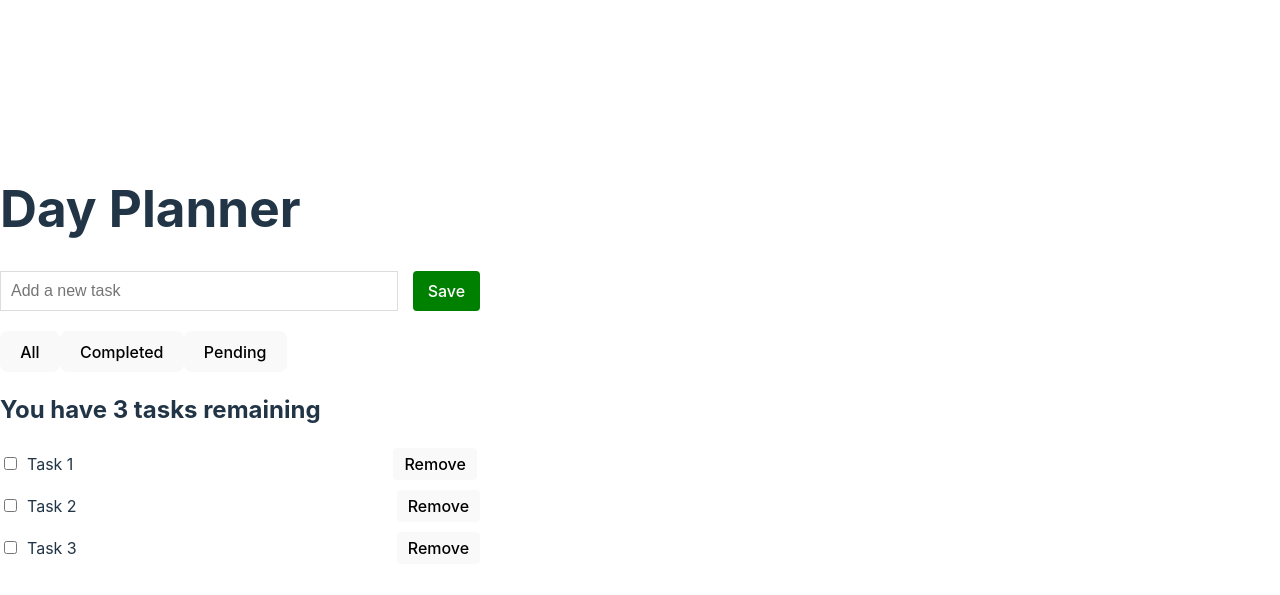
Repository: GavinPahal/Lab7
Page: /
These files come from the project's save history. The page is drawn as it stood at one moment and after the next save; the edit follows.
The browser window is 1280 px wide. The pictures show the whole page.
The project was rebuilt for these pictures with package versions that can differ from the ones it lists, and the page was loaded fresh each time. Also part of the build but not shown: vite.config.js.

Above is the page before, as saved 2024-10-28 14:30:24.

### src/App.jsx
import React, { useState } from 'react';
import Task from './components/Task';
import TaskForm from './components/TaskForm';
import './App.css';

function App() {
  const [tasks, setTasks] = useState([
    { text: 'Task 1', isCompleted: false },
    { text: 'Task 2', isCompleted: false },
    { text: 'Task 3', isCompleted: false },
  ]);
  const [filter, setFilter] = useState('all'); // Filter state

  const addTask = (task) => setTasks([...tasks, { text: task, isCompleted: false }]);

  const toggleTask = (index) => {
    setTasks(prevTasks =>
      prevTasks.map((task, i) => (i === index ? { ...task, isCompleted: !task.isCompleted } : task))
    );
  };

  const deleteTask = (index) => setTasks(tasks.filter((_, i) => i !== index));

  // Filter tasks based on selection
  const filteredTasks = tasks.filter(task => {
    if (filter === 'pending') return !task.isCompleted;
    if (filter === 'completed') return task.isCompleted;
    return true; // All tasks
  });

  const pendingTasksCount = tasks.filter(task => !task.isCompleted).length;

  return (
    <div className="app">
      <h1>Day Planner</h1>
      <TaskForm addTask={addTask} />

      {/* Filter buttons with Completed in the middle */}
      <div className="filter-buttons">
        <button onClick={() => setFilter('all')}>All</button>
        <button onClick={() => setFilter('completed')}>Completed</button>
        <button onClick={() => setFilter('pending')}>Pending</button>
      </div>

      {/* Task count for All and Pending views */}
      {(filter === 'all' || filter === 'pending') && (
        <h2>You have {pendingTasksCount} tasks remaining</h2>
      )}

      {/* Task list display based on filter */}
      <div className="task-list">
        {filteredTasks.map((task, index) => (
          <Task
            key={index}
            index={index}
            task={task}
            toggleTask={toggleTask}
            deleteTask={deleteTask}
          />
        ))}
      </div>
    </div>
  );
}

export default App;

### src/components/Task.jsx
import React from 'react';

function Task({ task, index, toggleTask, deleteTask }) {
  return (
    <div className={`task ${task.isCompleted ? 'completed' : ''}`}>
      <input
        type="checkbox"
        checked={task.isCompleted}
        onChange={() => toggleTask(index)}
        disabled={task.isCompleted}
      />
      <span className="task-text">{task.text}</span>
      <button className="remove-button" onClick={() => deleteTask(index)}>Remove</button>
    </div>
  );
}

export default Task;

### src/components/TaskForm.jsx
import React, { useState } from 'react';

function TaskForm({ addTask }) {
  const [value, setValue] = useState('');

  const handleSubmit = (e) => {
    e.preventDefault();
    if (!value) return;
    addTask(value);
    setValue('');
  };

  return (
    <form onSubmit={handleSubmit} className="task-form">
      <input
        type="text"
        value={value}
        onChange={(e) => setValue(e.target.value)}
        placeholder="Add a new task"
      />
      <button type="submit">Save</button>  {/* Save button */}
    </form>
  );
}

export default TaskForm;

### src/App.css
/* Task Form Styling */
.task-form {
  display: flex; /* Align elements horizontally */
  align-content: space-between;
  align-items: center; /* Center items vertically */
  margin-bottom: 20px; /* Space below the form */
}

.task-form input[type="text"] {
  flex: 1; /* Expand input to take available space */
  align-content: space-between;
  padding: 10px; /* Padding for better usability */
  margin-right: 15px; /* Space between input and button */
  border: 1px solid #ddd; /* Light border for input */
  font-size: 16px; /* Increased font size for readability */
}

.task-form button {
  padding: 10px 15px; /* Button dimensions */
  background-color: green; /* Green background */
  color: white; /* White text for contrast */
  border: none; /* Remove default button border */
  cursor: pointer; /* Pointer cursor on hover */
  border-radius: 4px; /* Rounded corners */
  font-size: 16px; /* Font size matching input */
}

.task {
  display: flex; /* Use flexbox for alignment */
  align-items: center; /* Center items vertically */
  margin-bottom: 10px; /* Space between tasks */
}

.task input[type="checkbox"] {
  margin-right: 10px; /* Space between checkbox and task text */
}

.task-text {
  margin-right: 20rem; /* Space between task text and remove button */
}

.remove-button {
  padding: 5px 10px; /* Padding for the button */
  cursor: pointer; /* Pointer cursor on hover */
  border-radius: 4px; /* Rounded corners */
}

Loaded but not shown: index.html (common file); src/main.jsx (common file); src/index.css (common file)

After the next save:
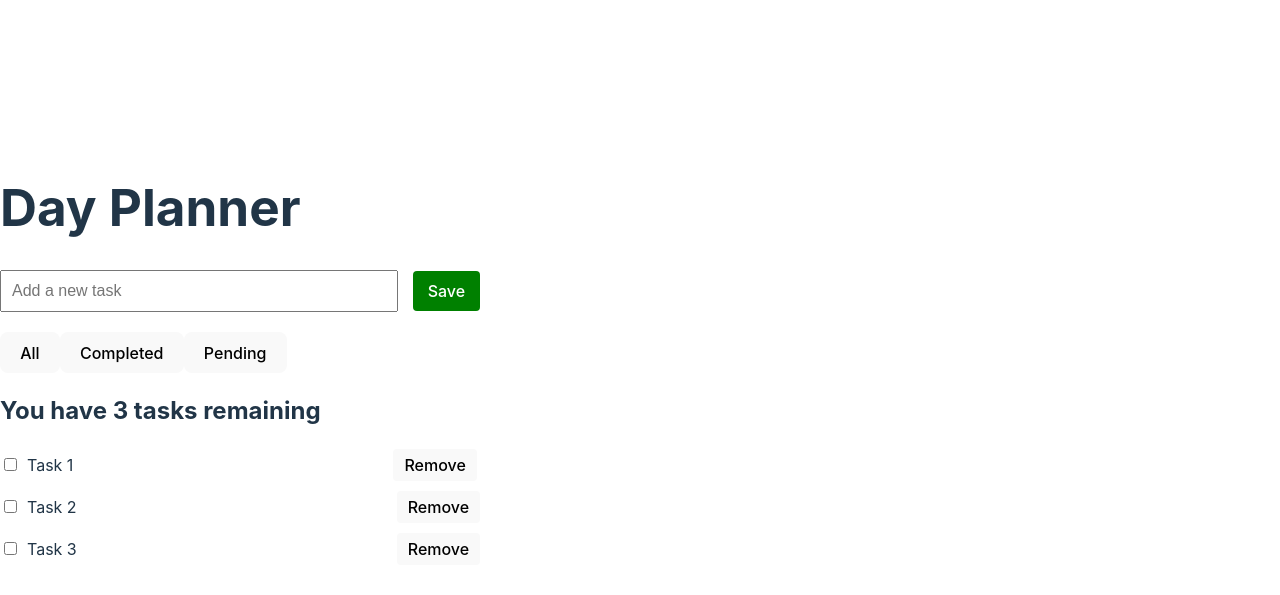
Saved 29 s later.
--- a/src/App.css
+++ b/src/App.css
@@ -11,7 +11,6 @@
   align-content: space-between;
   padding: 10px; /* Padding for better usability */
   margin-right: 15px; /* Space between input and button */
-  border: 1px solid #ddd; /* Light border for input */
   font-size: 16px; /* Increased font size for readability */
 }
 
